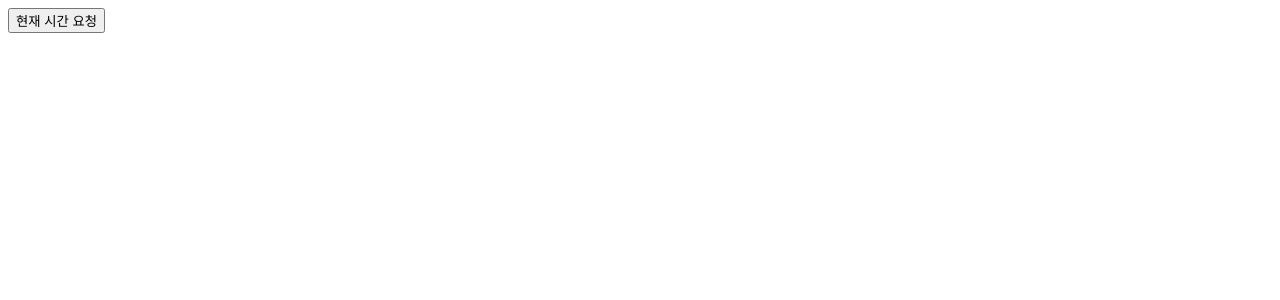
Repository: cdnwell/Jsp
Page: http://localhost/StepRe03/client_time.jsp
An editor plug-in stored every save of this project. The page is shown before and after the next save, followed by the edit.
The browser window is 1280 px wide. The pictures show the whole page.
After loading, the first visible `button` was clicked once.
The page is served by Tomcat 9. Other server files are loaded and not shown.

Above is the page before, as saved 2022-07-01 08:20:35.

### StepRe03/src/main/webapp/client_time.jsp
<%@ page language="java" contentType="text/html; charset=UTF-8"
    pageEncoding="UTF-8"%>
<!DOCTYPE html>
<html>
<head>
<meta charset="UTF-8">
<title>Insert title here</title>
<script src="https://ajax.googleapis.com/ajax/libs/jquery/3.6.0/jquery.min.js"></script>
<script>
	$(function(){
		$("button").click(function(){
			$.ajax({
				url : "02_ajax_json.jsp",
				type : "get",
				dataType : "json",
				success : function(r){

				}
			});
		});
	});
</script>
</head>
<body>
	<button>현재 시간 요청</button>
	<div id="result"></div>
</body>
</html>

### StepRe03/src/main/webapp/02_ajax_json.jsp
<%@page import="org.json.JSONObject"%>
<%@page import="java.util.Calendar"%>
<%@ page language="java" contentType="text/html; charset=UTF-8"
    pageEncoding="UTF-8"%>
<%
	Calendar today = Calendar.getInstance();
	JSONObject obj = new JSONObject();
	//year,month,date,hour(hour_of_day),minute,second
	obj.put("year", Calendar.YEAR);
	obj.put("month", Calendar.MONTH);
	obj.put("data", Calendar.DATE);
	obj.put("hour", Calendar.HOUR_OF_DAY);
	obj.put("minute", Calendar.MINUTE);
	obj.put("second", Calendar.SECOND);

	out.write(obj.toString());
%>

After the next save:
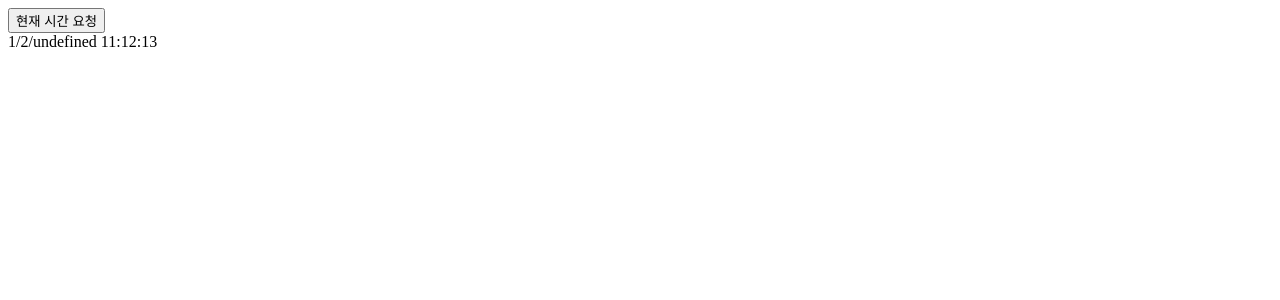
Saved 95 s later.
--- a/StepRe03/src/main/webapp/client_time.jsp
+++ b/StepRe03/src/main/webapp/client_time.jsp
@@ -14,7 +14,11 @@
 				type : "get",
 				dataType : "json",
 				success : function(r){
-
+					//year,month,date,hour(hour_of_day),minute,second
+					//r = json 객체, 객체의 각 값에 접근하기
+					var str = r.year + "/" + r.month + "/" + r.date + " "
+					+ r.hour + ":" + r.minute + ":" + r.second;
+					$("#result").html(str);
 				}
 			});
 		});
